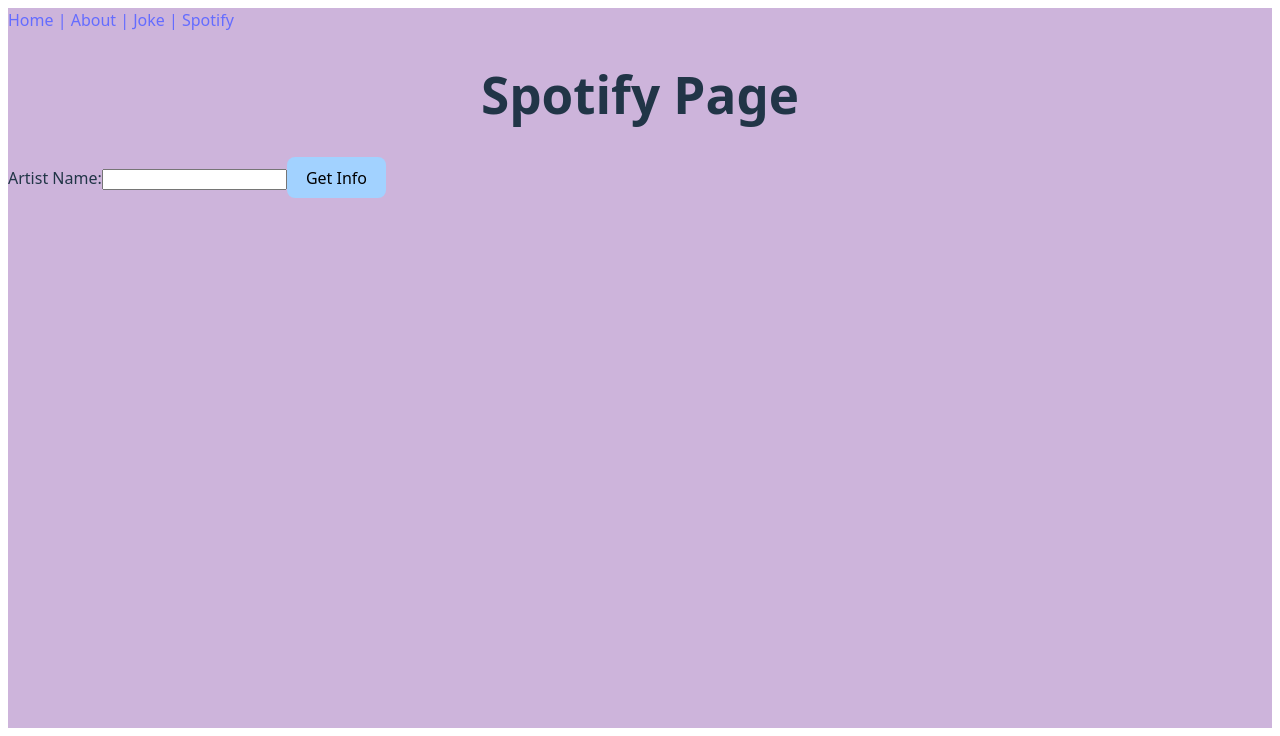
Repository: rosieomusic/spotify-react
Page: /spotify
The author's editor kept a copy of each file at every save. The page is drawn from the files as they stood at one save, then again after the next save.
The browser window is 1280 px wide. The pictures show the whole page.
The page's requests for data from a server got no answer. The project was rebuilt for these pictures with package versions that can differ from the ones it lists, and the page was loaded fresh each time. No one was signed in, and anything a server would have sent is missing. Settings that the repository does not hold, such as keys and server addresses, were given made-up values. Also part of the build but not shown: vite.config.js, src/pages/HomePage.jsx, src/pages/AboutPage.jsx, src/components/AlbumComponent.jsx, src/services/JokeService.js, src/pages/JokePage.jsx.

Above is the page before, as saved 2025-05-09 18:43:19.

After the next save:
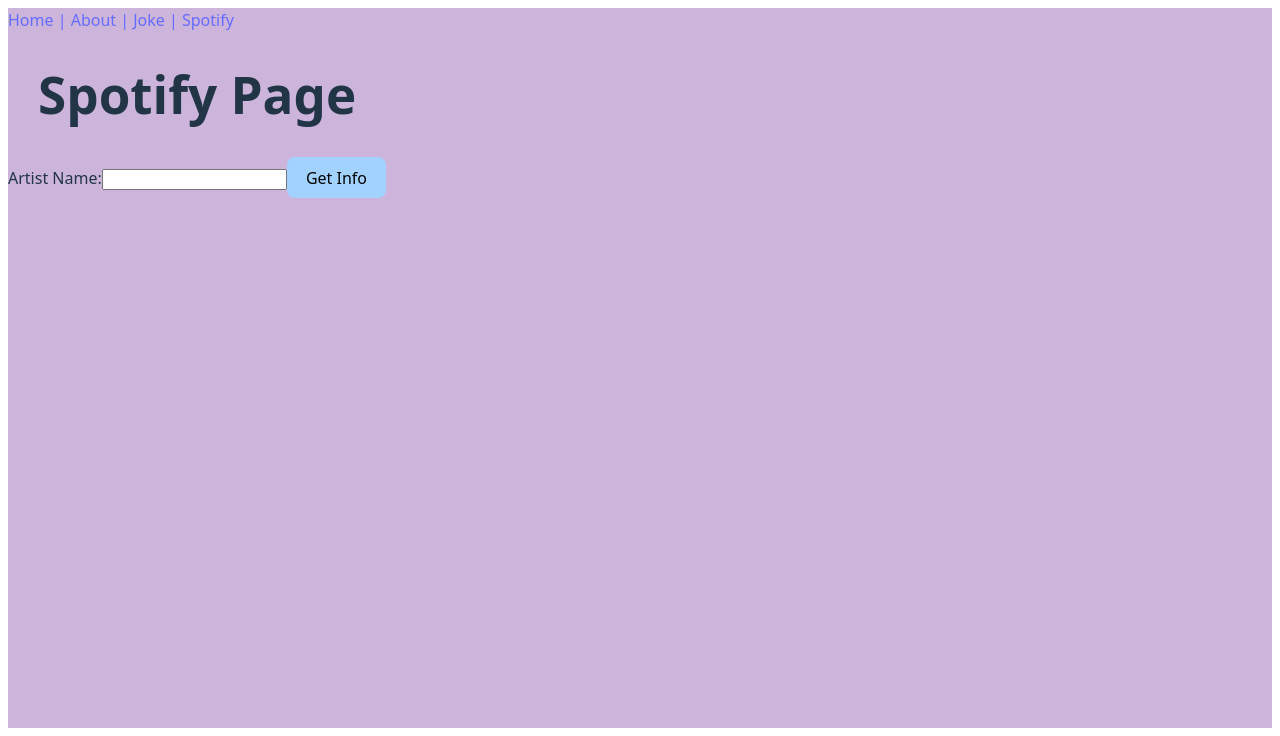
Saved 44 s later.
--- a/src/App.css
+++ b/src/App.css
@@ -5,15 +5,18 @@
 }
 body {
 	background-color: #cdb4db;
+	display: flex;
 }
 button {
 	background-color: #a2d2ff;
 	border: none;
 }
 h1 {
+	justify-self: center;
 	text-align: center;
 }
 p {
+	justify-self: center;
 	font-family: 'Lucida Sans', 'Lucida Sans Regular', 'Lucida Grande',
 		'Lucida Sans Unicode', Geneva, Verdana, sans-serif;
 	text-align: center;

After the 2 saves that followed:
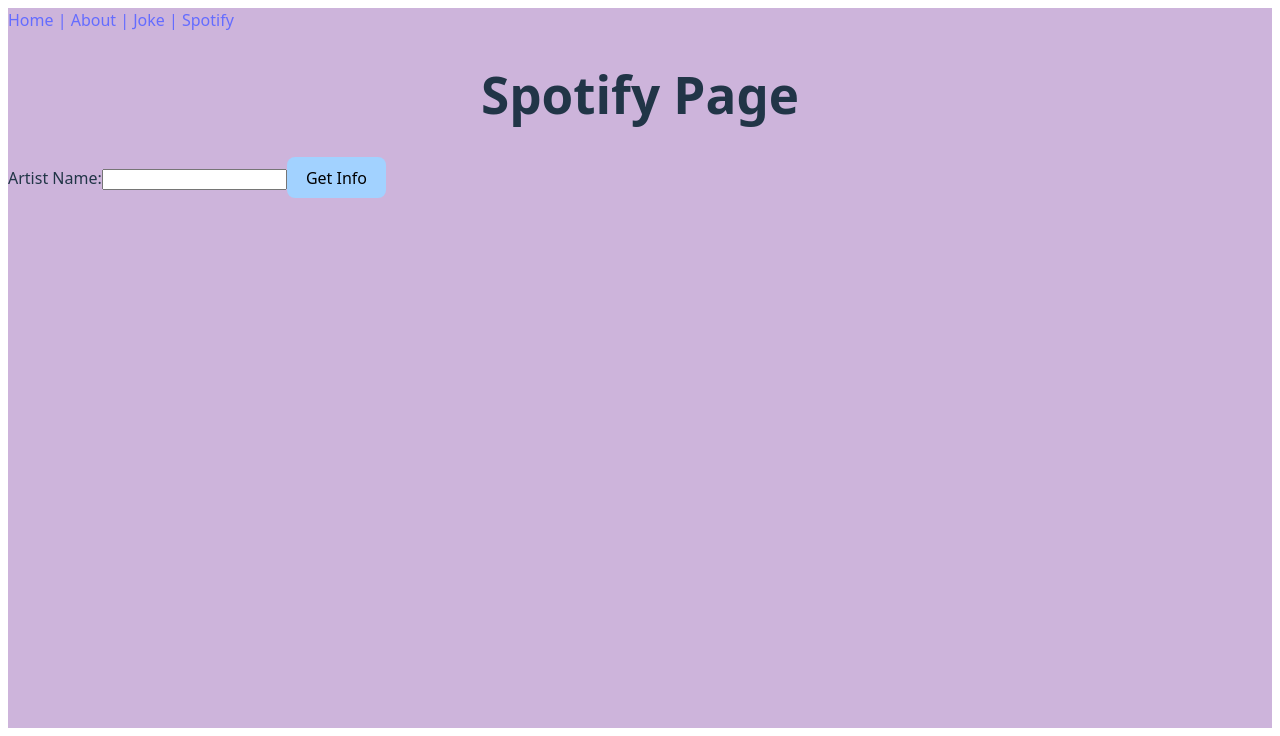
The 2 saves are shown as one change because 1 left the picture as it was.
The last was saved 67 s later.
--- a/src/App.css
+++ b/src/App.css
@@ -5,7 +5,6 @@
 }
 body {
 	background-color: #cdb4db;
-	display: flex;
 }
 button {
 	background-color: #a2d2ff;
@@ -14,10 +13,12 @@ button {
 h1 {
 	justify-self: center;
 	text-align: center;
+	align-self: center;
 }
 p {
 	justify-self: center;
 	font-family: 'Lucida Sans', 'Lucida Sans Regular', 'Lucida Grande',
 		'Lucida Sans Unicode', Geneva, Verdana, sans-serif;
 	text-align: center;
+	align-self: center;
 }
